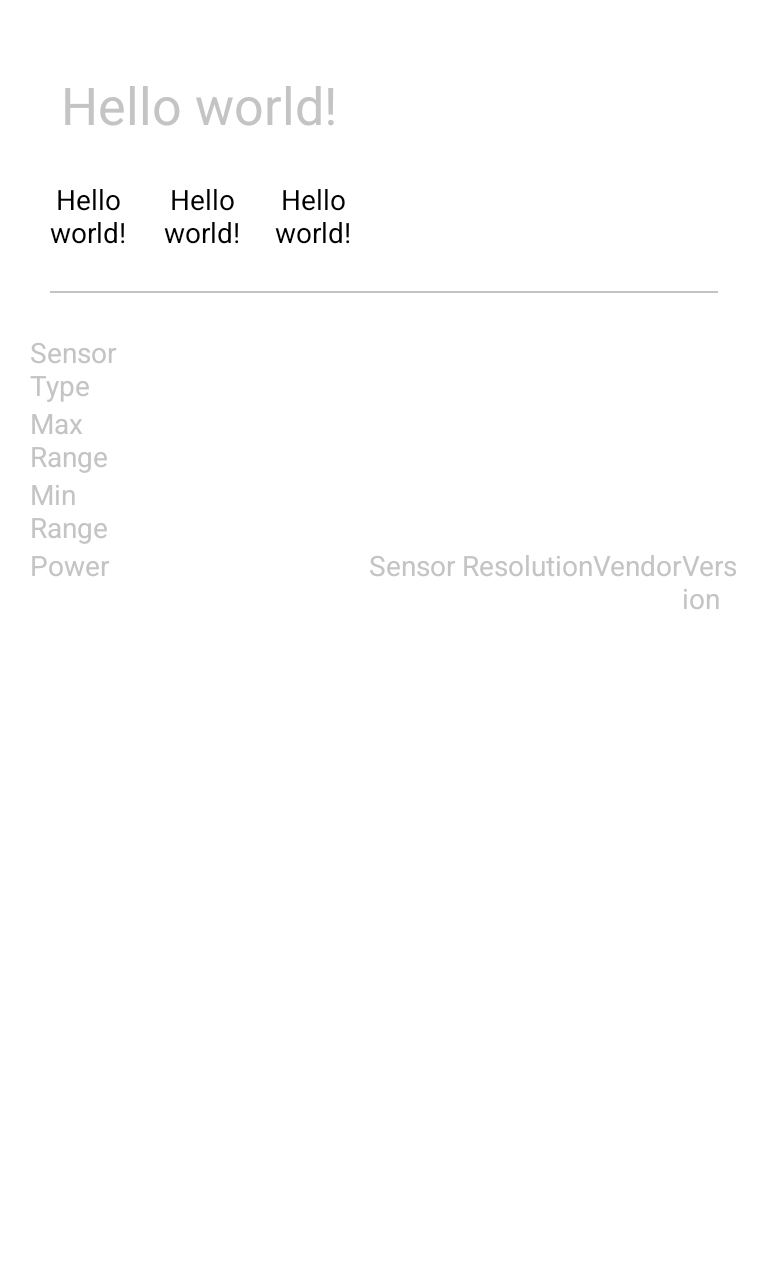
Repository: colincove/IAT381-Android
Layout: ColinCove_Assignment02/res/layout/activity_sensor_info.xml
The author's editor kept a copy of each file at every save. The layout is drawn from the files as they stood at one save, then again after the next save.
It is drawn on a 768 x 1280 px phone screen (xhdpi) without system bars, with theme AppTheme; the app's code is not run.

Above is the layout before, as saved 2013-10-04 19:10:52.

After the next save:
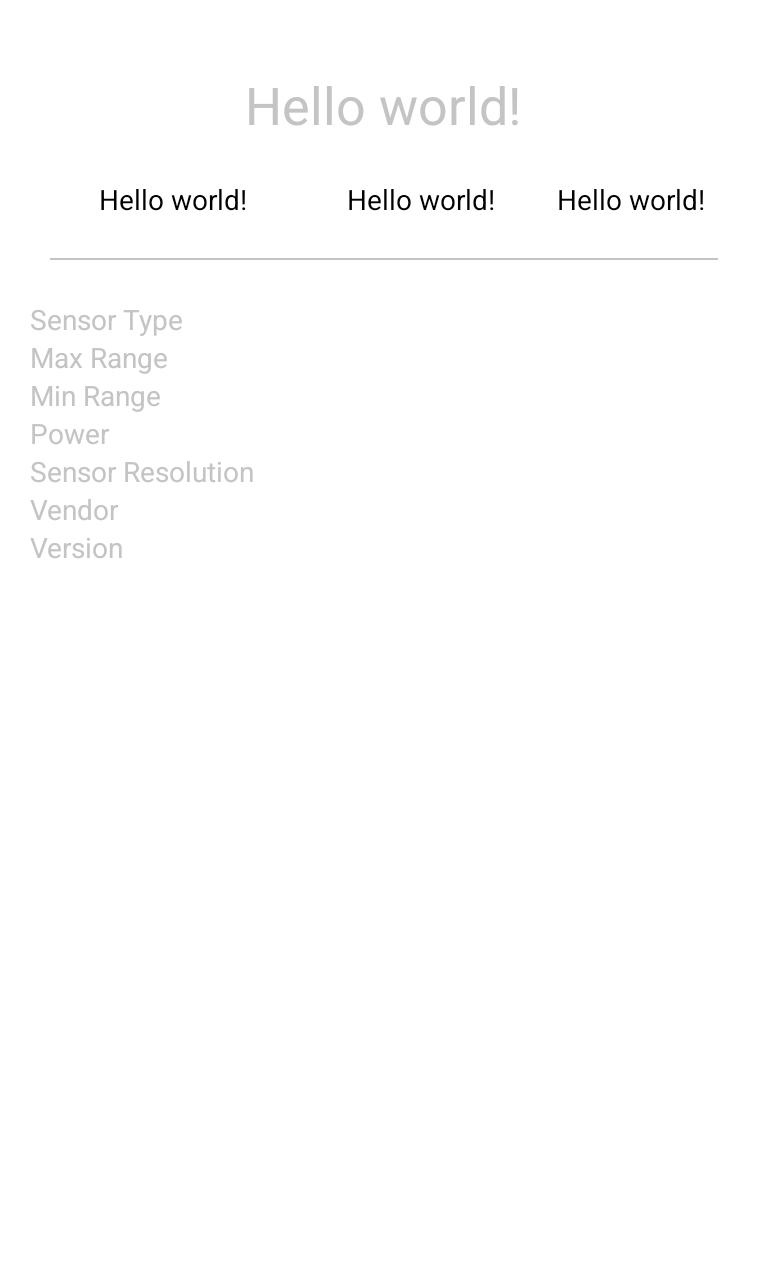
Saved 38 s later.
--- a/ColinCove_Assignment02/res/layout/activity_sensor_info.xml
+++ b/ColinCove_Assignment02/res/layout/activity_sensor_info.xml
@@ -143,7 +143,7 @@
             android:layout_span="2"
             android:gravity="left"
             android:textColor="@color/heigh_contrast" />
-
+  </TableRow>
         <TableRow
             android:layout_width="fill_parent"
             android:layout_height="wrap_content" >
@@ -163,7 +163,7 @@
                 android:layout_span="2"
                 android:gravity="left"
                 android:textColor="@color/heigh_contrast" />
-
+  </TableRow>
             <TableRow
                 android:layout_width="fill_parent"
                 android:layout_height="wrap_content" >
@@ -183,7 +183,7 @@
                     android:layout_span="2"
                     android:gravity="left"
                     android:textColor="@color/heigh_contrast" />
-
+  </TableRow>
                 <TableRow
                     android:layout_width="fill_parent"
                     android:layout_height="wrap_content" >
@@ -203,9 +203,7 @@
                         android:layout_span="2"
                         android:gravity="left"
                         android:textColor="@color/heigh_contrast" />
-                </TableRow>
-            </TableRow>
-        </TableRow>
+
     </TableRow>
 
 </TableLayout>
